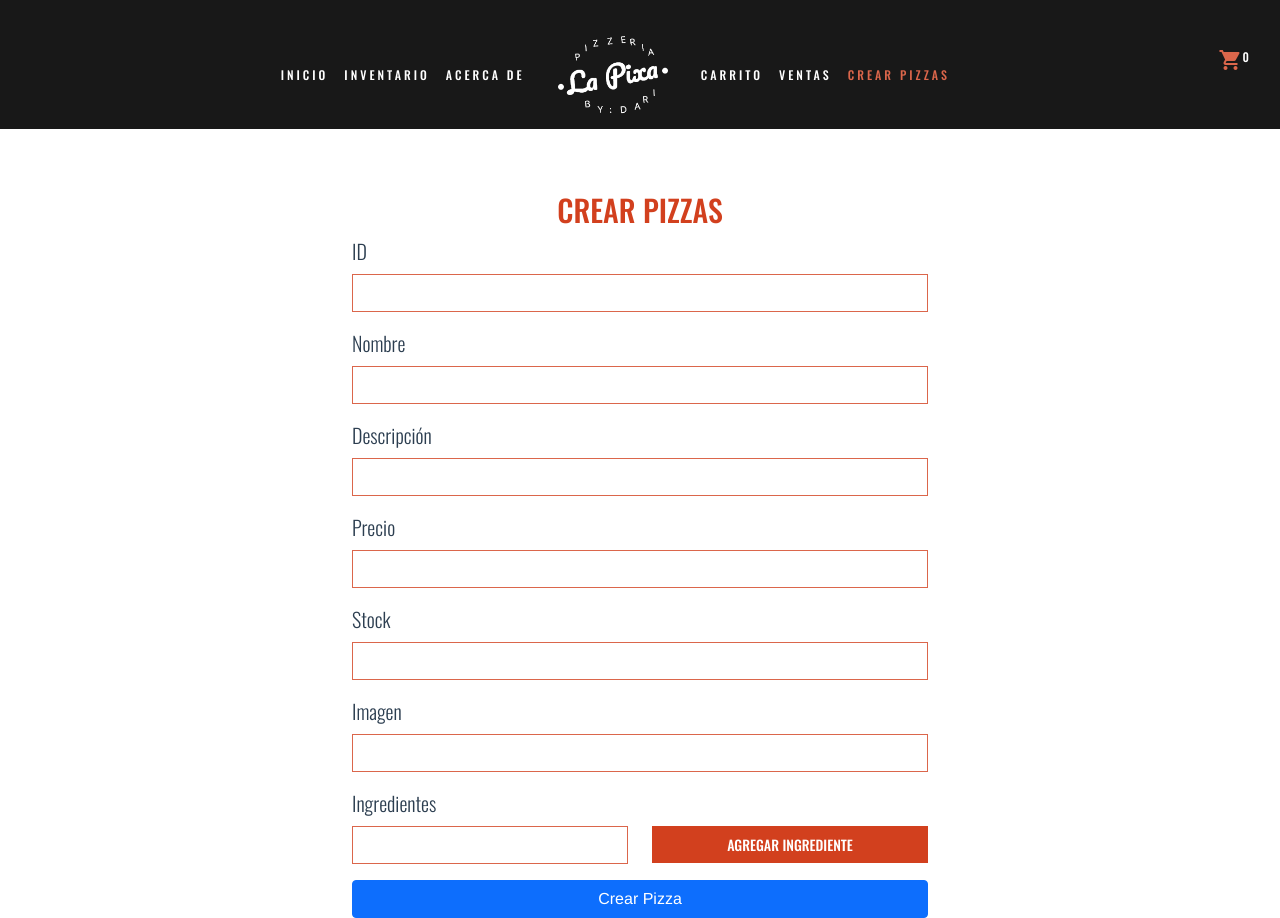
Repository: Darigo30/prueba-vue-dari-pizza
Page: /crearPizzas
These files come from the project's save history. The page is drawn as it stood at one moment and after the next save; the edit follows.
The browser window is 1280 px wide. The pictures show the whole page.
The project was rebuilt for these pictures with package versions that can differ from the ones it lists, and the page was loaded fresh each time. Also part of the build but not shown: src/views/Home.vue.

Above is the page before, as saved 2021-05-23 22:59:04.

After the next save:
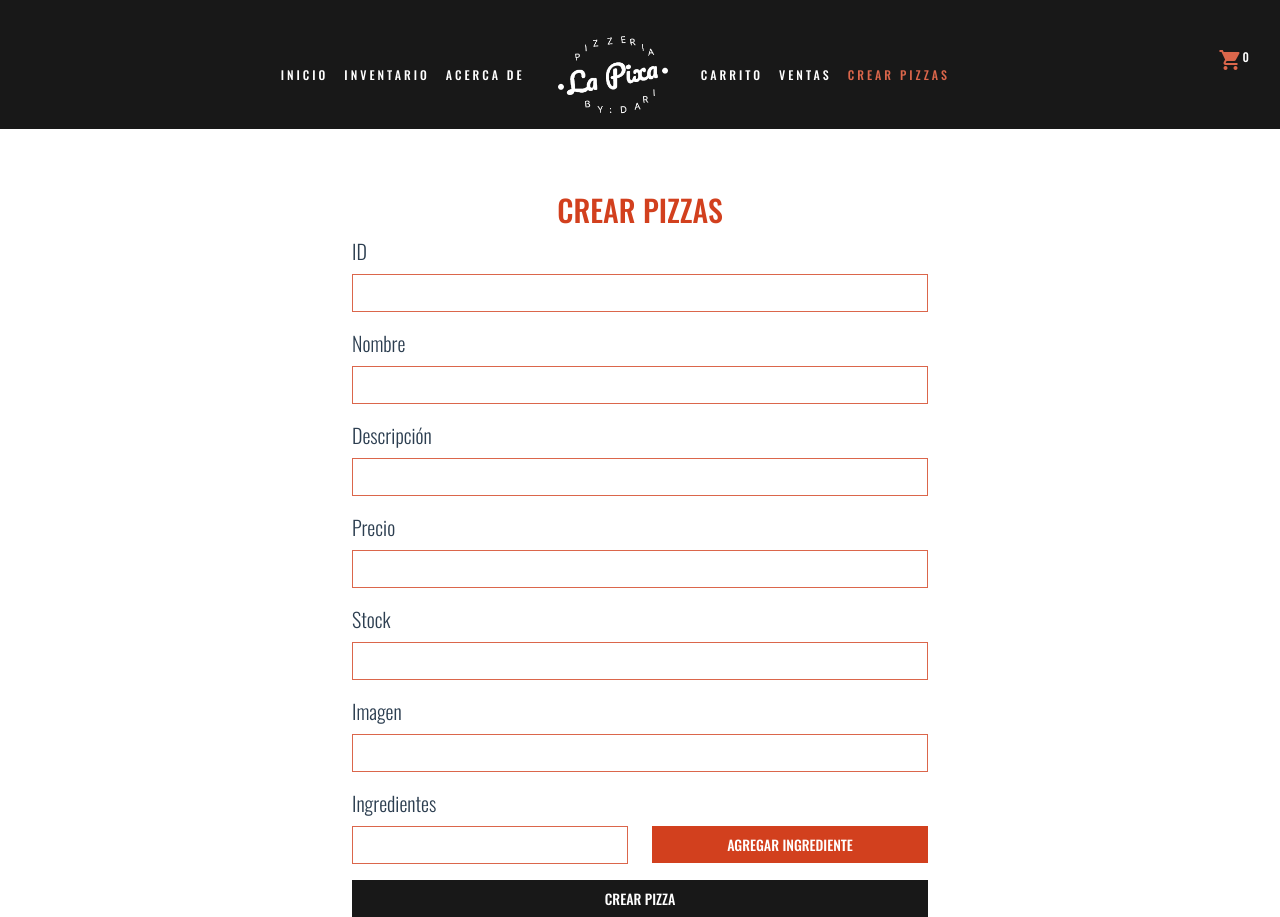
Saved 51 s later.
--- a/src/views/CrearPizzas.vue
+++ b/src/views/CrearPizzas.vue
@@ -45,7 +45,7 @@
             </div>
           </div>
 
-        <button @click="crearPizza" class="btn btn-primary w-100">Crear Pizza</button>
+        <button @click="crearPizza" class="btn btn-primary w-100 bt-cre">Crear Pizza</button>
       </div>
     </div>
   </div>
@@ -114,6 +114,16 @@ h1{
         border: none;
         padding: 8px;
     }
+    .bt-cre{
+       color: #fff;
+        background-color: #181818;;
+        font-family: 'Oswald', sans-serif;
+        font-size: 14px;
+        border-radius: 0px;
+        text-transform: uppercase;
+        border: none;
+        padding: 8px;
+    }
     .descrip {
     font-family: 'Oswald', sans-serif;
     font-size: 20px;
